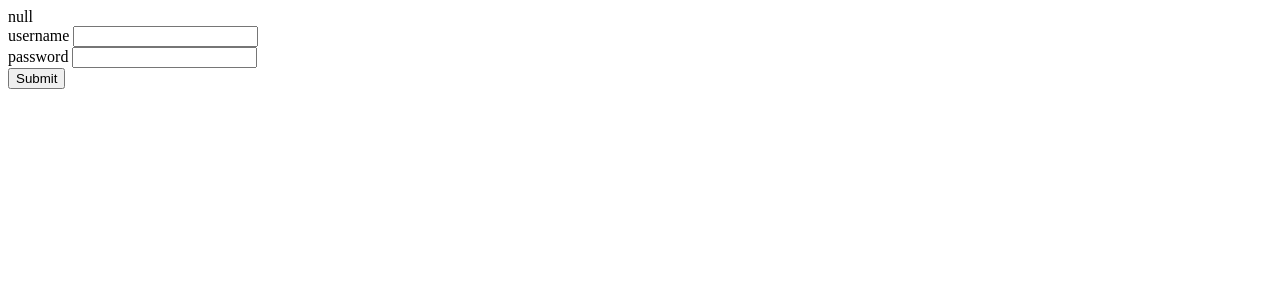
Repository: sastha97/IamBack
Page: http://localhost/MyApp/check
These files come from the project's save history. The page is drawn as it stood at one moment and after the next save; the edit follows.
The browser window is 1280 px wide. The pictures show the whole page.
The page is served by Tomcat 9. Other server files are loaded and not shown. Queries for data that is not in the repository find no rows.

Above is the page before, as saved 2018-08-16 11:04:59.

### MyApp/WebContent/login.jsp
<%@ page language="java" contentType="text/html; charset=ISO-8859-1"
    pageEncoding="ISO-8859-1"%>
<!DOCTYPE html>
<html>
<head>
<meta charset="ISO-8859-1">
<title>Insert title here</title>
</head>
<body>
<%
 String mess = (String)request.getAttribute("message");
%>

<%= mess  %>

<form action="check">

username <input type = "text" name = "username" ><br>
password <input type = "text" name = "password" ><br>
<button type = "submit"> Submit </button>

</form>

</body>
</html>

### MyApp/src/com/servlets/LoginServ.java
package com.servlets;

import java.io.IOException;
import java.io.PrintWriter;

import javax.servlet.RequestDispatcher;
import javax.servlet.ServletException;
import javax.servlet.annotation.WebServlet;
import javax.servlet.http.HttpServlet;
import javax.servlet.http.HttpServletRequest;
import javax.servlet.http.HttpServletResponse;

import com.login.LoginDAO;

/**
 * Servlet implementation class LoginServ
 */
@WebServlet("/check")
public class LoginServ extends HttpServlet {
	private static final long serialVersionUID = 1L;

    /**
     * @see HttpServlet#HttpServlet()
     */
    public LoginServ() {
        super();
        // TODO Auto-generated constructor stub
    }

	/**
	 * @see HttpServlet#doGet(HttpServletRequest request, HttpServletResponse response)
	 */
	protected void doGet(HttpServletRequest request, HttpServletResponse response) throws ServletException, IOException {
		// TODO Auto-generated method stub


		String name = request.getParameter("username");
		String pass = request.getParameter("password");

		response.setContentType("text/html");

		PrintWriter writer = response.getWriter();

		LoginDAO l = new LoginDAO();

		if(l.checkLogin(name, pass))
			{

			RequestDispatcher dispatcher = request.getRequestDispatcher("success.jsp");
			dispatcher.forward(request, response);
			}
		else {
			request.setAttribute("nessage", "Credentials not matching");
			RequestDispatcher dispatcher = request.getRequestDispatcher("login.jsp");
			dispatcher.forward(request, response);
		}
		}

}

### MyApp/src/com/login/LoginDAO.java
package com.login;

import java.sql.Connection;
import java.sql.PreparedStatement;
import java.sql.ResultSet;
import java.sql.SQLException;

import com.connections.MyConnection;

public class LoginDAO {
	public boolean checkLogin(String username, String password) {
		boolean success = false;

		Connection con = MyConnection.getMyConnection();

		try {
			PreparedStatement ps = con.prepareStatement("select password from user2 where username =?");

			ps.setString(1, username);

			ResultSet r = ps.executeQuery();

			while(r.next()) {
				if(r.getString("password").equals(password)) {
					success = true;
				}
				else
					success = false;
			}
		} catch (SQLException e) {
			// TODO Auto-generated catch block
			e.printStackTrace();
		}

		return success;
	}

}

### MyApp/src/com/connections/MyConnection.java
package com.connections;

import java.sql.Connection;
import java.sql.DriverManager;
import java.sql.SQLException;
import java.sql.Statement;

public class MyConnection {

	private static Connection con;

	public static Connection getMyConnection() {
		try {
			Class.forName("com.microsoft.sqlserver.jdbc.SQLServerDriver");
			con = DriverManager.getConnection("jdbc:sqlserver://localhost:1433;databaseName = CITI", "sa", "sa123");
			System.out.println("Connection successful");


		} catch (ClassNotFoundException e) {
			// TODO Auto-generated catch block
			e.printStackTrace();
		} catch (SQLException e) {
			// TODO Auto-generated catch block
			e.printStackTrace();
		}

		return con;


	}
	public static void closeMyConnection() {
		try {
			con.close();
		} catch (SQLException e) {
			// TODO Auto-generated catch block
			e.printStackTrace();
		}
	}

}

After the next save:
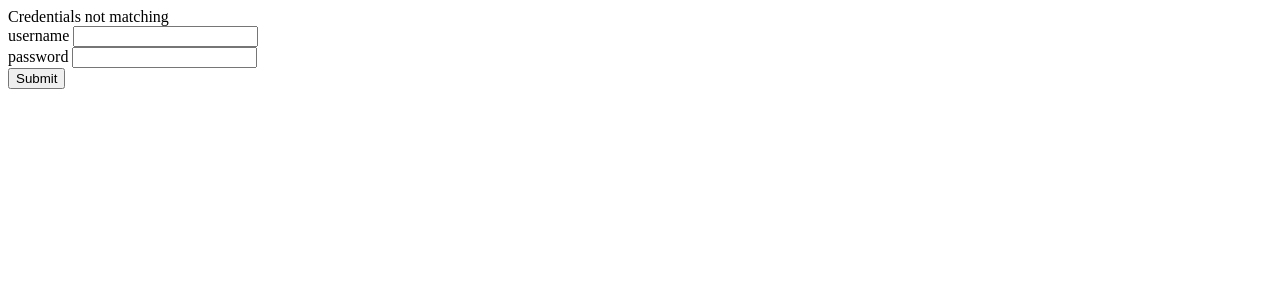
Saved 76 s later.
--- a/MyApp/src/com/servlets/LoginServ.java
+++ b/MyApp/src/com/servlets/LoginServ.java
@@ -50,7 +50,7 @@ public class LoginServ extends HttpServlet {
 			dispatcher.forward(request, response);
 			}
 		else {
-			request.setAttribute("nessage", "Credentials not matching");
+			request.setAttribute("message", "Credentials not matching");
 			RequestDispatcher dispatcher = request.getRequestDispatcher("login.jsp");
 			dispatcher.forward(request, response);
 		}
